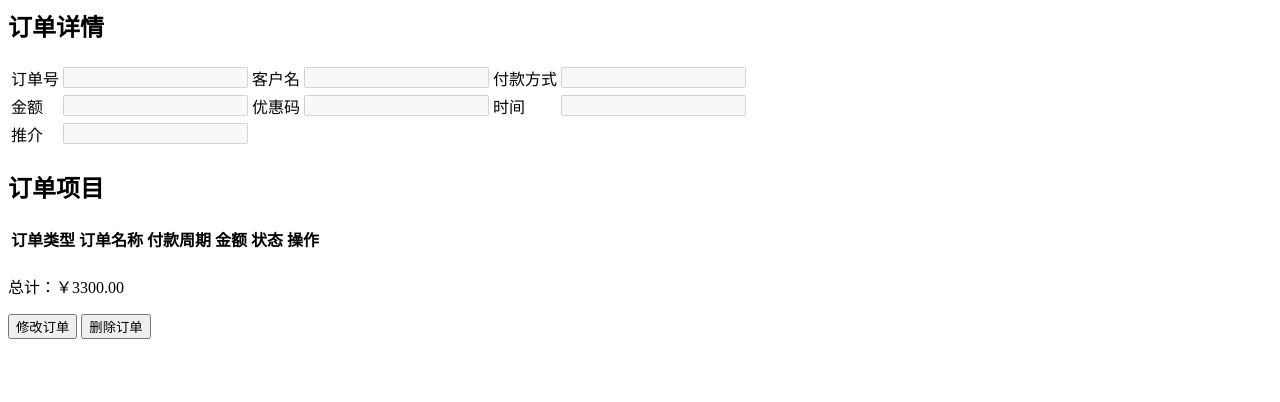
Repository: wangyan466393/racentSystem
Page: orderDetail.html
These files come from the project's save history. The page is drawn as it stood at one moment and after the next save; the edit follows.
The browser window is 1280 px wide. The pictures show the whole page.

Above is the page before, as saved 2020-08-13 16:45:12.

### orderDetail.html
<div id="content_box">
    <h2>订单详情</h2>
    <div class="detail_content">
        <table >
            <tr>
                <td>
                    订单号
                </td>
                <td><input type="text" disabled></td>
                <td>客户名</td>
                <td><input type="text" disabled></td>
                <td>付款方式</td>
                <td><input type="text" disabled></td>
            </tr>
            <tr>
                <td>金额</td>
                <td><input type="text" disabled></td>
                <td>优惠码</td>
                <td><input type="text" disabled></td>
                <td>时间</td>
                <td><input type="text" disabled></td>
            </tr>
            <tr>
                <td>推介</td>
                <td><input type="text" disabled></td>
                <td></td>
                <td></td>
                <td></td>
                <td></td>
            </tr>
        </table>
    </div>
    <div>
        <h2>订单项目</h2>
        <div class="table_box">
            <table class="order_project_table">
                <thead>
                    <tr>
                        <th>订单类型</th>
                        <th>订单名称</th>
                        <th>付款周期</th>
                        <th>金额</th>
                        <th>状态</th>
                        <th>操作</th>
                    </tr>
                </thead>
                <tbody>
                    <tr>
                        <td></td>
                        <td></td>
                        <td></td>
                        <td></td>
                        <td></td>
                        <td></td>
                    </tr>
                </tbody>
            </table>
        </div>
    </div>
</div>
<div class="handle_order">
    <p>
        总计：￥<span>3300.00</span>
    </p>
    <p>
        <button type="button" class="edit_btn">修改订单</button>
        <button type="button" class="del_btn">删除订单</button>
    </p>
</div>

<script src="js/jquery-1.11.3.js"></script>
<script>
    $(".detail_content table a").click(function(){
        $(this).prev().removeAttr("disabled");
        $(this).prev().focus()
    })
</script>

Loaded but not shown: js/jquery-1.11.3.js (library)

After the next save:
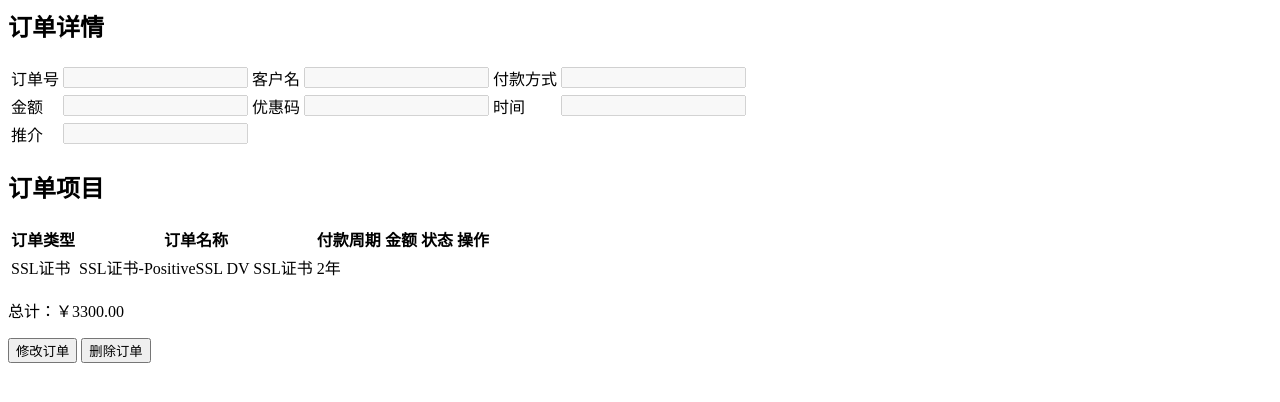
Saved 57 s later.
--- a/orderDetail.html
+++ b/orderDetail.html
@@ -46,9 +46,9 @@
                 </thead>
                 <tbody>
                     <tr>
-                        <td></td>
-                        <td></td>
-                        <td></td>
+                        <td>SSL证书</td>
+                        <td>SSL证书-PositiveSSL DV SSL证书</td>
+                        <td>2年</td>
                         <td></td>
                         <td></td>
                         <td></td>
